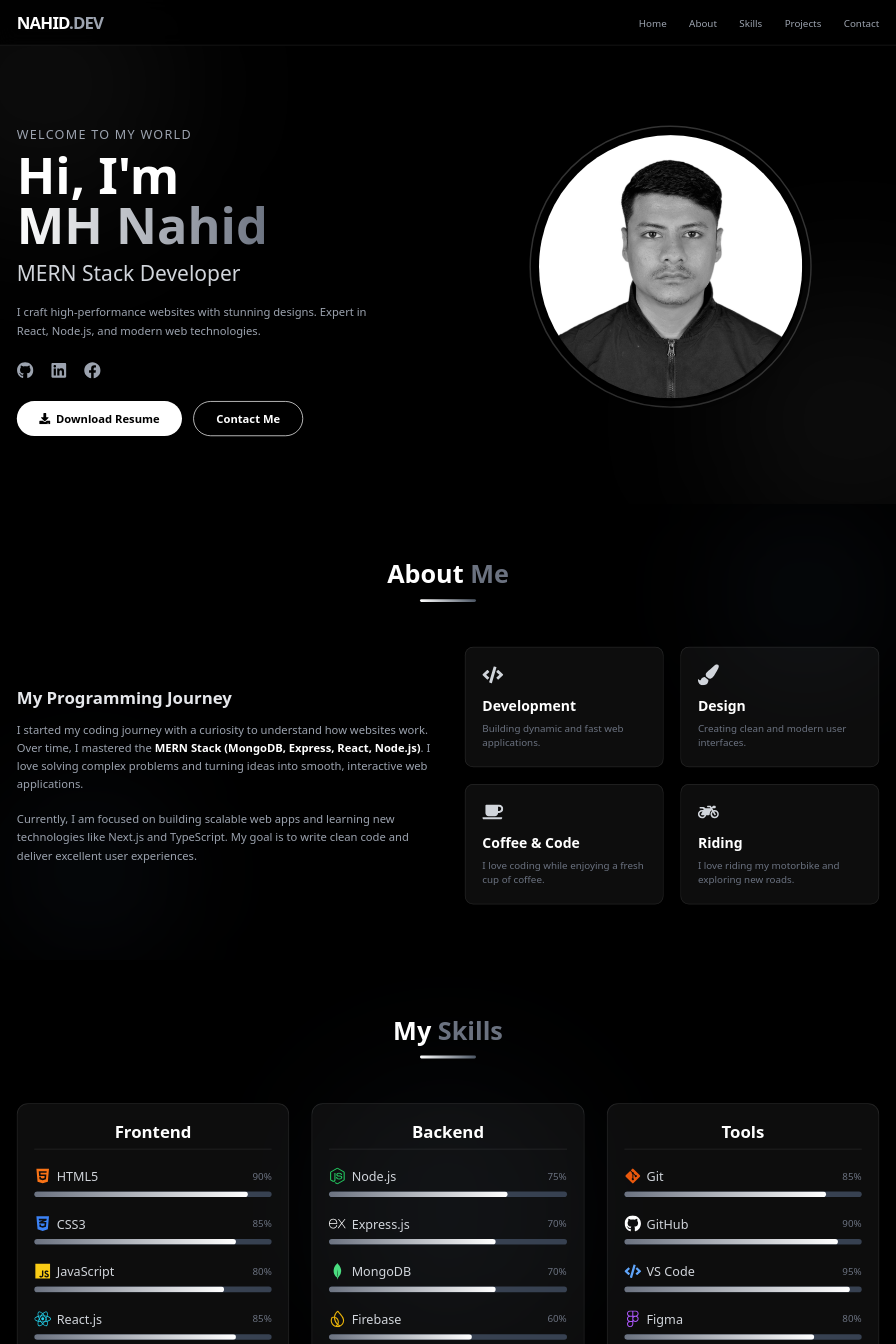
Repository: nahid-hasann/portfolio
Page: /
The author's editor kept a copy of each file at every save. The page is drawn from the files as they stood at one save, then again after the next save.
The browser window is 1280 px wide. The pictures show the part of the page from y = 0 to 1920 px (the page is 3620 px tall), at 70% of full size.
The project was rebuilt for these pictures with package versions that can differ from the ones it lists, and the page was loaded fresh each time. Some packages were replaced by stand-ins written for this rebuild. Also part of the build but not shown: vite.config.js, src/pages/ProjectDetails.jsx.

Above is the page before, as saved 2026-01-06 00:09:03.

### index.html
<!doctype html>
<html data-theme="light" lang="en">
  <head>
    <meta charset="UTF-8" />
    <link rel="icon" type="image/svg+xml" href="/public/favicon3.png" />
    <meta name="viewport" content="width=device-width, initial-scale=1.0" />
    <title>my-portfolio</title>
  </head>
  <body>
    <div id="root"></div>
    <script type="module" src="/src/main.jsx"></script>
  </body>
</html>

### src/main.jsx
import { StrictMode } from 'react'
import { createRoot } from 'react-dom/client'
import './index.css'
import App from './App.jsx'
import {
  createBrowserRouter,
  RouterProvider,
} from "react-router-dom";
import Home from './pages/Home.jsx';
import ProjectDetails from './pages/ProjectDetails.jsx';

const router = createBrowserRouter([
  {
    path: "/",
    element: <App />,
    children: [
      {
        path: "/",
        element: <Home></Home>,
      },
      {
        path: "/about",
        element: <div className="text-center mt-10 text-2xl">ℹ️ This is About Section</div>,
      },
      {
        path: "/projects",
        element: <div className="text-center mt-10 text-2xl">🚀 This is Projects Section</div>,
      },
      {
        path: "/contact",
        element: <div className="text-center mt-10 text-2xl">📞 This is Contact Section</div>,
      },
      {
        path: "/skills",
        element: <div className="text-center mt-10 text-2xl" >this is skill </div>
      },
      {

        path: "/project/:id",
        element: <ProjectDetails />,

      }
    ]
  },
]);

createRoot(document.getElementById('root')).render(
  <StrictMode>
    <RouterProvider router={router} />
  </StrictMode>,
)

### src/index.css
@tailwind base;
@tailwind components;
@tailwind utilities;

html {
    scroll-behavior: smooth;
    background-color: #000000;

    color: #ffffff;
}


::-webkit-scrollbar {
    width: 8px;
}

::-webkit-scrollbar-track {
    background: #1a1a1a;
}

::-webkit-scrollbar-thumb {
    background: #444;
    border-radius: 4px;
}

::-webkit-scrollbar-thumb:hover {
    background: #fff;
}

### src/App.jsx
import React from 'react';
import { Outlet } from 'react-router-dom';
import Navbar from './components/Navbar';
import Footer from './components/Footer';

function App() {
  return (
    // ১. overflow-x-hidden এবং min-h-screen যোগ করা হলো
    <div className="bg-black text-white min-h-screen flex flex-col overflow-x-hidden">

      <Navbar />

      <div className="w-full flex-grow">
        <Outlet />
      </div>

      <Footer />
    </div>
  );
}

export default App;

### src/pages/Home.jsx
import React from 'react';
import Hero from '../components/Hero';
import About from '../components/About';
import Skills from '../components/Skills';
// import ProjectDetails from './ProjectDetails';
import Projects from '../components/Projects';
import Contact from '../components/Contact';


const Home = () => {
    return (
        <div className="bg-black min-h-screen">
            <Hero />
            <About></About>
            <Skills></Skills>
            <Projects></Projects>
            <Contact></Contact>
        </div>
    );
};

export default Home;

### src/components/Navbar.jsx
import React, { useState } from 'react';
import { useLocation } from 'react-router-dom';
import { motion, AnimatePresence } from 'framer-motion';
import { FaBars, FaTimes } from 'react-icons/fa';
import { HashLink } from 'react-router-hash-link';

const Navbar = () => {
    const [isOpen, setIsOpen] = useState(false);
    const location = useLocation();

    const navLinks = [
        { name: 'Home', path: '/#home' },
        { name: 'About', path: '/#about' },
        { name: 'Skills', path: '/#skills' },
        { name: 'Projects', path: '/#projects' },
        { name: 'Contact', path: '/#contact' },
    ];

    // 🔥 নতুন: এই ফাংশনটি ন্যাপবারের উচ্চতা অনুযায়ী একটু উপরে থামাবে
    const scrollWithOffset = (el) => {
        const yCoordinate = el.getBoundingClientRect().top + window.scrollY;
        const yOffset = -80; // ন্যাপবারের হাইট অনুযায়ী অ্যাডজাস্টমেন্ট
        window.scrollTo({ top: yCoordinate + yOffset, behavior: 'smooth' });
    }

    return (
        <nav className="fixed top-0 left-0 right-0 z-50 bg-black/80 backdrop-blur-md border-b border-white/10">
            <div className="container mx-auto px-6 py-4 flex justify-between items-center">

                {/* Logo Area */}
                <motion.div
                    initial={{ opacity: 0, x: -20 }}
                    animate={{ opacity: 1, x: 0 }}
                    transition={{ duration: 0.5 }}
                >
                    <HashLink
                        smooth
                        to="/#home"
                        scroll={el => scrollWithOffset(el)} // অফসেট যোগ করা হলো
                        className="text-2xl font-bold tracking-tighter text-white"
                    >
                        NAHID<span className="text-gray-400">.DEV</span>
                    </HashLink>
                </motion.div>

                {/* Desktop Menu */}
                <div className="hidden md:flex space-x-8">
                    {navLinks.map((link, index) => (
                        <motion.div
                            key={index}
                            initial={{ opacity: 0, y: -10 }}
                            animate={{ opacity: 1, y: 0 }}
                            transition={{ delay: 0.1 * index, duration: 0.5 }}
                        >
                            <HashLink
                                smooth
                                to={link.path}
                                scroll={el => scrollWithOffset(el)} // 🔥 এখানেও অফসেট যোগ করা হলো
                                className="text-sm font-medium text-gray-400 hover:text-white transition-colors duration-300 relative group"
                            >
                                {link.name}
                                <span className="absolute left-0 bottom-[-5px] w-0 h-[2px] bg-white transition-all duration-300 group-hover:w-full"></span>
                            </HashLink>
                        </motion.div>
                    ))}
                </div>

                {/* Mobile Menu Button */}
                <div className="md:hidden">
                    <button onClick={() => setIsOpen(!isOpen)} className="text-white focus:outline-none text-2xl">
                        {isOpen ? <FaTimes /> : <FaBars />}
                    </button>
                </div>
            </div>

            {/* Mobile Dropdown Menu */}
            <AnimatePresence>
                {isOpen && (
                    <motion.div
                        initial={{ opacity: 0, height: 0 }}
                        animate={{ opacity: 1, height: 'auto' }}
                        exit={{ opacity: 0, height: 0 }}
                        className="md:hidden bg-black border-b border-white/10 overflow-hidden"
                    >
                        <div className="flex flex-col items-center py-6 space-y-4">
                            {navLinks.map((link) => (
                                <HashLink
                                    key={link.name}
                                    smooth
                                    to={link.path}
                                    scroll={el => scrollWithOffset(el)} // 🔥 মোবাইলেও অফসেট যোগ করা হলো
                                    onClick={() => setIsOpen(false)}
                                    className="text-lg font-medium text-gray-400 hover:text-white"
                                >
                                    {link.name}
                                </HashLink>
                            ))}
                        </div>
                    </motion.div>
                )}
            </AnimatePresence>
        </nav>
    );
};

export default Navbar;

### src/components/Footer.jsx
import React from 'react';
import { FaGithub, FaLinkedin, FaFacebook } from "react-icons/fa";

const Footer = () => {
    return (
        <footer className="bg-black text-gray-400 py-8 border-t border-white/10">
            <div className="container mx-auto px-6 flex flex-col md:flex-row justify-between items-center">

                <div className="mb-4 md:mb-0">
                    <p className="text-sm">
                        &copy; {new Date().getFullYear()} <span className="text-white font-bold">MH Nahid</span>. All rights reserved.
                    </p>
                </div>

                <div className="flex gap-6">
                    <a href="https://github.com/nahid-hasann" className="hover:text-white transition text-xl"><FaGithub /></a>
                    <a href="https://www.linkedin.com/in/mh-nahid-webdev/" className="hover:text-white transition text-xl"><FaLinkedin /></a>
                    <a href="https://www.facebook.com/mh.na.hi.d.554448/" className="hover:text-white transition text-xl"><FaFacebook /></a>
                </div>
            </div>
        </footer>
    );
};

export default Footer;

### src/components/About.jsx
import React from 'react';
import { motion } from 'framer-motion';
// ১. এখানে FaMotorcycle আইকনটি যুক্ত করেছি
import { FaCode, FaPaintBrush, FaCoffee, FaMotorcycle } from "react-icons/fa";

const About = () => {
    return (
        <section id="about" className="py-20 bg-black text-white relative overflow-hidden">
            {/* Background Elements */}
            <div className="absolute top-0 right-0 w-64 h-64 bg-gray-800/20 rounded-full blur-[80px]" />
            <div className="absolute bottom-0 left-0 w-64 h-64 bg-gray-800/20 rounded-full blur-[80px]" />

            <div className="container mx-auto px-6 relative z-10">

                {/* Section Title */}
                <motion.div
                    initial={{ opacity: 0, y: 20 }}
                    whileInView={{ opacity: 1, y: 0 }}
                    transition={{ duration: 0.6 }}
                    className="text-center mb-16"
                >
                    <h2 className="text-4xl font-bold mb-4">About <span className="text-gray-500">Me</span></h2>
                    <div className="w-20 h-1 bg-gradient-to-r from-white to-gray-600 mx-auto rounded-full"></div>
                </motion.div>

                <div className="grid md:grid-cols-2 gap-12 items-center">

                    {/* Left Side: My Journey Text */}
                    <motion.div
                        initial={{ opacity: 0, x: -50 }}
                        whileInView={{ opacity: 1, x: 0 }}
                        transition={{ duration: 0.8 }}
                    >
                        <h3 className="text-2xl font-semibold mb-4 text-gray-200">My Programming Journey</h3>
                        <p className="text-gray-400 leading-relaxed mb-6">
                            I started my coding journey with a curiosity to understand how websites work.
                            Over time, I mastered the <span className="text-white font-bold">MERN Stack (MongoDB, Express, React, Node.js)</span>.
                            I love solving complex problems and turning ideas into smooth, interactive web applications.
                        </p>
                        <p className="text-gray-400 leading-relaxed">
                            Currently, I am focused on building scalable web apps and learning new technologies like Next.js and TypeScript.
                            My goal is to write clean code and deliver excellent user experiences.
                        </p>
                    </motion.div>

                    {/* Right Side: Cards for Interests/Hobbies */}
                    <motion.div
                        initial={{ opacity: 0, x: 50 }}
                        whileInView={{ opacity: 1, x: 0 }}
                        transition={{ duration: 0.8 }}
                        className="grid grid-cols-1 sm:grid-cols-2 gap-6"
                    >
                        {/* Card 1: Web Development */}
                        <div className="p-6 bg-white/5 border border-white/10 rounded-xl hover:bg-white/10 transition duration-300">
                            <FaCode className="text-3xl text-gray-300 mb-4" />
                            <h4 className="text-xl font-bold mb-2">Development</h4>
                            <p className="text-gray-500 text-sm">Building dynamic and fast web applications.</p>
                        </div>

                        {/* Card 2: Design */}
                        <div className="p-6 bg-white/5 border border-white/10 rounded-xl hover:bg-white/10 transition duration-300">
                            <FaPaintBrush className="text-3xl text-gray-300 mb-4" />
                            <h4 className="text-xl font-bold mb-2">Design</h4>
                            <p className="text-gray-500 text-sm">Creating clean and modern user interfaces.</p>
                        </div>

                        {/* Card 3: Coffee & Code (তোমার পছন্দের) */}
                        <div className="p-6 bg-white/5 border border-white/10 rounded-xl hover:bg-white/10 transition duration-300">
                            <FaCoffee className="text-3xl text-gray-300 mb-4" />
                            <h4 className="text-xl font-bold mb-2">Coffee & Code</h4>
                            <p className="text-gray-500 text-sm">I love coding while enjoying a fresh cup of coffee.</p>
                        </div>

                        {/* Card 4: Motorbike Riding (তোমার পছন্দের) */}
                        <div className="p-6 bg-white/5 border border-white/10 rounded-xl hover:bg-white/10 transition duration-300">
                            <FaMotorcycle className="text-3xl text-gray-300 mb-4" />
                            <h4 className="text-xl font-bold mb-2">Riding</h4>
                            <p className="text-gray-500 text-sm">I love riding my motorbike and exploring new roads.</p>
                        </div>

                    </motion.div>
                </div>
            </div>
        </section>
    );
};

export default About;

### src/components/Projects.jsx
import React from 'react';
import { motion } from 'framer-motion';
import { Link } from 'react-router-dom';
import { FaArrowRight } from "react-icons/fa";
// আমাদের তৈরি করা ডাটা ইমপোর্ট করছি
// import { Projects } from '../data/projects';
// import { projects } from '../data/project';
// import { projects } from '../data/project';
// import { projects } from '../data/projects';
import { projects } from '../data/projects';

const Projects = () => {
    return (
        <section id="projects" className="py-20 bg-black text-white">
            <div className="container mx-auto px-6">
                {/* Title */}
                <motion.div
                    initial={{ opacity: 0, y: 20 }}
                    whileInView={{ opacity: 1, y: 0 }}
                    transition={{ duration: 0.6 }}
                    className="text-center mb-16"
                >
                    <h2 className="text-4xl font-bold mb-4">Latest <span className="text-gray-500">Projects</span></h2>
                    <div className="w-20 h-1 bg-gradient-to-r from-white to-gray-600 mx-auto rounded-full"></div>
                </motion.div>

                {/* Projects Grid */}
                <div className="grid md:grid-cols-3 gap-8">
                    {projects.map((project, index) => (
                        <motion.div
                            key={project.id}
                            initial={{ opacity: 0, y: 30 }}
                            whileInView={{ opacity: 1, y: 0 }}
                            transition={{ delay: index * 0.2, duration: 0.8 }}
                            whileHover={{ y: -10 }} // কার্ড হোভার করলে একটু উপরে উঠবে
                            className="group bg-white/5 rounded-xl overflow-hidden border border-white/10 hover:border-white/30 transition-all"
                        >
                            {/* Project Image */}
                            <div className="relative overflow-hidden h-48">
                                <img
                                    src={project.image}
                                    alt={project.title}
                                    className="w-full h-full object-cover transform group-hover:scale-110 transition duration-500"
                                />
                            </div>

                            {/* Content */}
                            <div className="p-6">
                                <h3 className="text-2xl font-bold mb-2 group-hover:text-gray-300 transition">{project.title}</h3>
                                <p className="text-gray-400 text-sm mb-4 line-clamp-3">
                                    {project.description}
                                </p>

                                {/* View Details Button */}
                                <Link
                                    to={`/project/${project.id}`}
                                    className="inline-flex items-center gap-2 text-white font-semibold hover:text-gray-300 transition"
                                >
                                    View Details <FaArrowRight className="text-sm" />
                                </Link>
                            </div>
                        </motion.div>
                    ))}
                </div>
            </div>
        </section>
    );
};

export default Projects;

Loaded but not shown: src/data/projects.js (36 lines, source omitted); tailwind.config.js (13 lines, source omitted); src/components/Contact.jsx (178 lines, source omitted); src/components/Hero.jsx (114 lines, source omitted); src/components/Skills.jsx (102 lines, source omitted)

After the next save:
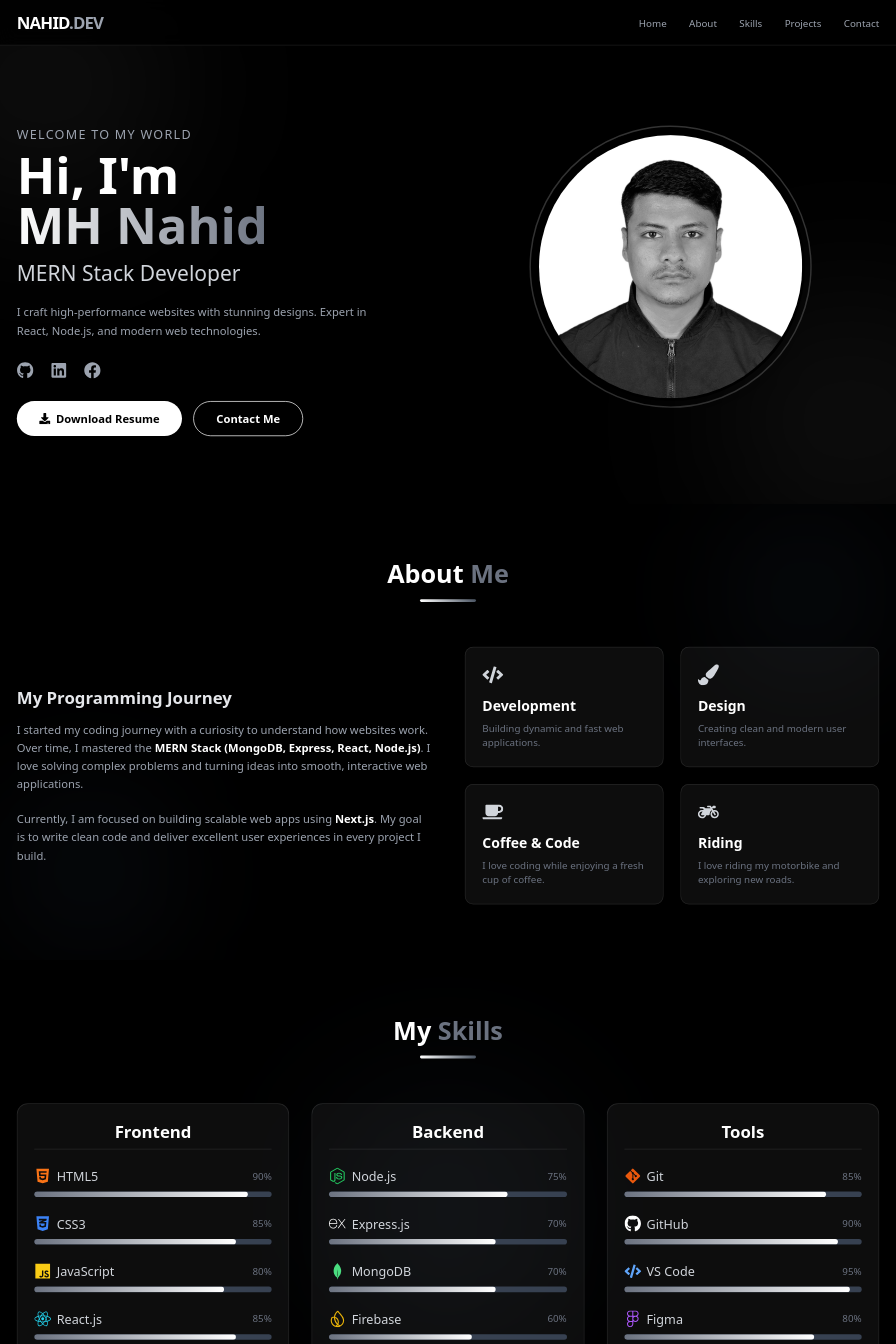
Saved 5 min 6 s later.
--- a/src/components/About.jsx
+++ b/src/components/About.jsx
@@ -38,8 +38,8 @@ const About = () => {
                             I love solving complex problems and turning ideas into smooth, interactive web applications.
                         </p>
                         <p className="text-gray-400 leading-relaxed">
-                            Currently, I am focused on building scalable web apps and learning new technologies like Next.js and TypeScript.
-                            My goal is to write clean code and deliver excellent user experiences.
+                            Currently, I am focused on building scalable web apps using <span className="text-white font-bold">Next.js</span>.
+                            My goal is to write clean code and deliver excellent user experiences in every project I build.
                         </p>
                     </motion.div>
 
